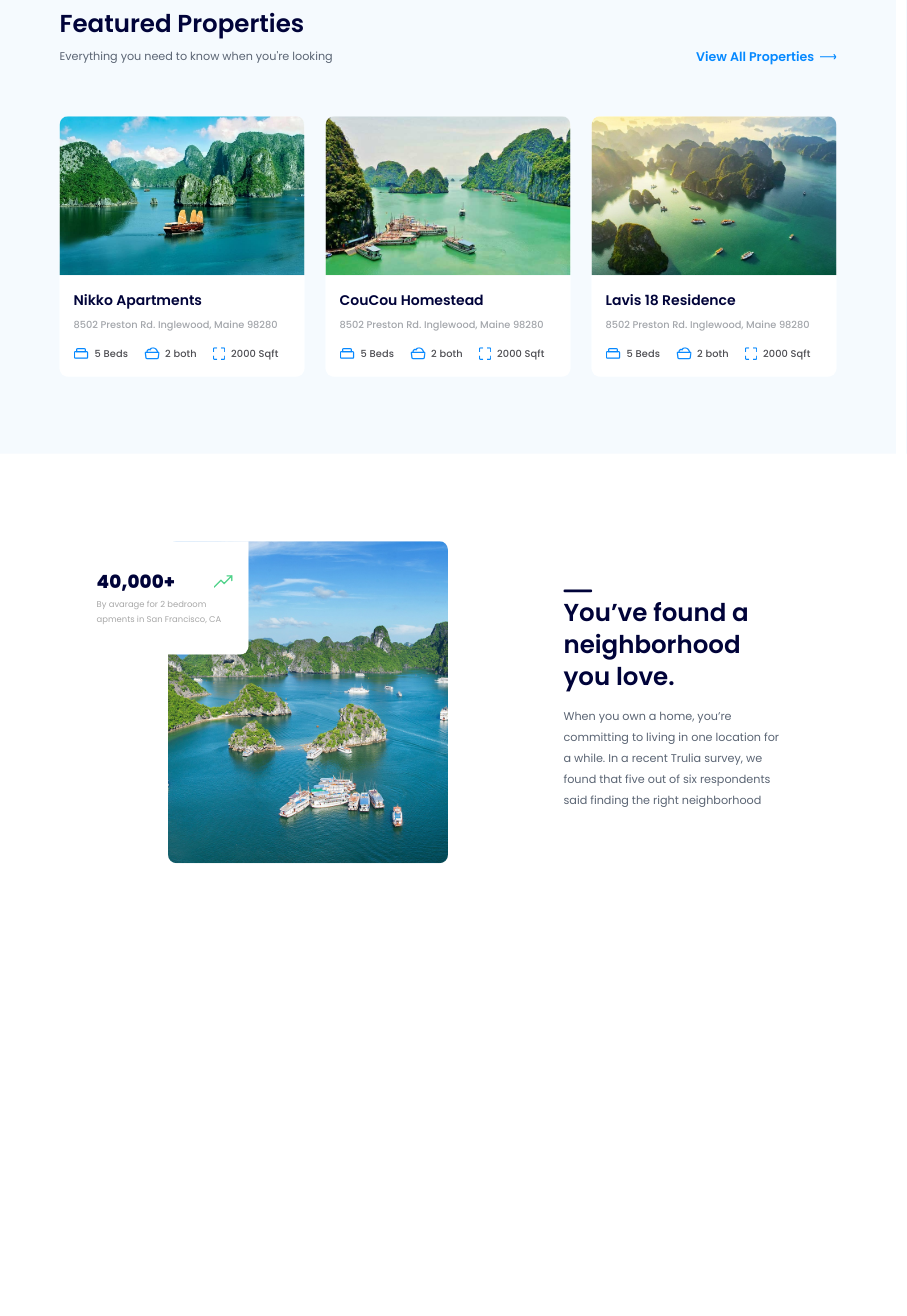
Repository: anhtien111198/f8-htmlcss-01
Page: index.html
These files come from the project's save history. The page is drawn as it stood at one moment and after the next save; the edit follows.
The browser window is 1280 px wide. The page is 1295 px wide, so the pictures cover 1295 px, including what lies to the right of the window. The pictures show the part of the page from y = 1873 to 3753 px (the page is 10000 px tall), at 70% of full size.

Above is the page before, as saved 2023-04-30 15:36:45.

### index.html
<!DOCTYPE html>
<html lang="en">
    <head>
        <meta charset="UTF-8" />
        <meta http-equiv="X-UA-Compatible" content="IE=edge" />
        <meta name="viewport" content="width=device-width, initial-scale=1.0" />
        <title>F8 project 01</title>
        <link rel="stylesheet" href="./assets/css/reset.css" />
        <link rel="stylesheet" href="./assets/fonts/stylesheet.css" />
        <link rel="stylesheet" href="./assets/css/styles.css" />
    </head>
    <body>
        <main style="height: 10000px">
            <!-- Header -->
            <header class="header">
                <div class="content">
                    <nav class="navbar">
                        <!-- logo -->
                        <img src="./assets/img/logo.svg" alt="Besnik." />
                        <!-- Navigation -->
                        <ul>
                            <li>
                                <a href="#!">Home</a>
                            </li>
                            <li>
                                <a href="#!">Features</a>
                            </li>
                            <li>
                                <a href="#!">Services</a>
                            </li>
                            <li>
                                <a href="#!">Resources</a>
                            </li>
                            <li>
                                <a href="#!">Contact</a>
                            </li>
                        </ul>
                        <!-- Action -->
                        <div class="action">
                            <a href="#!" class="action-link">Sign in</a>
                            <a href="#!" class="btn action-btn">Sing up</a>
                        </div>
                    </nav>

                    <div class="hero">
                        <div class="info">
                            <p class="sub-title">Welcome to Besnik Agency</p>
                            <h1 class="title">
                                Discover a place you'll love to live.
                            </h1>
                            <p class="desc">
                                get the best real estate deals first, before
                                they hit the mass market! HOT FORECLOSURE DEALS
                                with one simple search.
                            </p>
                            <a href="#!" class="btn hero-cta">More About Us</a>
                        </div>

                        <img
                            src="./assets/img/house illustration.svg"
                            alt="Discover a place you'll love to live."
                            class="hero-img"
                        />
                    </div>
                </div>
            </header>

            <!-- clients -->
            <div class="clients">
                <div class="content">
                    <div class="row">
                        <img src="./assets/img/logo.svg" alt="Besnik." />
                        <!-- start -->
                        <div class="start">
                            <img src="./assets/img/start.svg" alt="start" />
                            <img src="./assets/img/start.svg" alt="start" />
                            <img src="./assets/img/start.svg" alt="start" />
                            <img src="./assets/img/start.svg" alt="start" />
                            <img src="./assets/img/start.svg" alt="start" />
                        </div>
                    </div>
                    <div class="row row-desc">
                        <p class="desc">
                            More than 45,000+ companies trust besnik
                        </p>
                        <p class="desc">5 Star Ratings (2k+ Review)</p>
                    </div>
                    <div class="images">
                        <img src="./assets/img/client-1.svg" alt="client 1" />
                        <img src="./assets/img/client-2.svg" alt="client 2" />
                        <img src="./assets/img/client-3.svg" alt="client 3" />
                        <img src="./assets/img/client-4.svg" alt="client 4" />
                        <img src="./assets/img/client-5.svg" alt="client 5" />
                    </div>
                </div>
            </div>

            <!-- Guides -->
            <div class="guides">
                <div class="content">
                    <h2 class="sub-title">How its works?</h2>
                    <p class="desc">
                        Everything you need to know when you're looking to buy,
                        rent, or sell - all in one place.
                    </p>
                    <!-- list guide -->
                    <ul class="list-guide">
                        <li class="guide-item">
                            <img
                                src="./assets/img/buyer.svg"
                                alt="buyer"
                                class="icon"
                            />
                            <h3 class="title">Buyer Guides</h3>
                            <a href="#!" class="link">
                                <span>How to buy</span>
                                <img
                                    src="./assets/img/arow-right.svg"
                                    alt="arrow-right"
                                    class="arrow"
                                />
                            </a>
                        </li>
                        <li class="guide-item">
                            <img
                                src="./assets/img/renter.svg"
                                alt="renter"
                                class="icon"
                            />
                            <h3 class="title">Renter Guides</h3>
                            <a href="#!" class="link">
                                <span>How to rent</span>
                                <img
                                    src="./assets/img/arow-right.svg"
                                    alt="arrow-right"
                                    class="arrow"
                                />
                            </a>
                        </li>
                        <li class="guide-item">
                            <img
                                src="./assets/img/seller.svg"
                                alt="seller"
                                class="icon"
                            />
                            <h3 class="title">Seller Guides</h3>
                            <a href="#!" class="link">
                                <span>How to sell</span>
                                <img
                                    src="./assets/img/arow-right.svg"
                                    alt="arrow-right"
                                    class="arrow"
                                />
                            </a>
                        </li>
                    </ul>
                    <div class="guide-cta">
                        <a href="#!" class="btn">Sell Full Guidelines</a>
                    </div>
                </div>
            </div>

            <!-- Featured -->
            <div class="featured">
                <div class="content">
                    <header>
                        <h2 class="sub-title">Featured Properties</h2>
                        <div class="row">
                            <p class="desc">
                                Everything you need to know when you're looking
                            </p>
                            <a href="#!" class="link">
                                <span>View All Properties</span>
                                <img
                                    src="./assets/img/arow-right.svg"
                                    alt="arrow-right"
                                    class="arrow"
                                />
                            </a>
                        </div>
                    </header>
                    <div class="list">
                        <!-- Featured-item 1 -->
                        <div class="item">
                            <a href="#!">
                                <img
                                    src="./assets/img/featuured-1.jpg"
                                    alt="Nikko Apartments"
                                    class="thumb"
                                />
                            </a>
                            <div class="body">
                                <h3 class="title">
                                    <a href="#!">Nikko Apartments</a>
                                </h3>
                                <p class="desc">
                                    8502 Preston Rd. Inglewood, Maine 98280
                                </p>
                                <div class="info">
                                    <img
                                        src="./assets/img/bed.svg"
                                        alt=""
                                        class="icon"
                                    />
                                    <span class="label">5 Beds</span>

                                    <img
                                        src="./assets/img/both.svg"
                                        alt=""
                                        class="icon"
                                    />
                                    <span class="label">2 both</span>

                                    <img
                                        src="./assets/img/sqft.svg"
                                        alt=""
                                        class="icon"
                                    />
                                    <span class="label">2000 Sqft</span>
                                </div>
                            </div>
                        </div>

                        <!-- Featured-item 2 -->
                        <div class="item">
                            <a href="#!">
                                <img
                                    src="./assets/img/featured-2.jpg"
                                    alt="CouCou Homestead"
                                    class="thumb"
                                />
                            </a>
                            <div class="body">
                                <h3 class="title">
                                    <a href="#!">CouCou Homestead</a>
                                </h3>
                                <p class="desc">
                                    8502 Preston Rd. Inglewood, Maine 98280
                                </p>
                                <div class="info">
                                    <img
                                        src="./assets/img/bed.svg"
                                        alt=""
                                        class="icon"
                                    />
                                    <span class="label">5 Beds</span>

                                    <img
                                        src="./assets/img/both.svg"
                                        alt=""
                                        class="icon"
                                    />
                                    <span class="label">2 both</span>

                                    <img
                                        src="./assets/img/sqft.svg"
                                        alt=""
                                        class="icon"
                                    />
                                    <span class="label">2000 Sqft</span>
                                </div>
                            </div>
                        </div>

                        <!-- Featured-item 3 -->
                        <div class="item">
                            <a href="#!">
                                <img
                                    src="./assets/img/featured-3.jpg"
                                    alt="Lavis 18 Residence"
                                    class="thumb"
                                />
                            </a>
                            <div class="body">
                                <h3 class="title">
                                    <a href="#!" class="line-clamp"
                                        >Lavis 18 Residence</a
                                    >
                                </h3>
                                <p
                                    class="desc line-clamp"
                                    style="--line-clamp: 3"
                                >
                                    8502 Preston Rd. Inglewood, Maine 98280
                                </p>
                                <div class="info">
                                    <img
                                        src="./assets/img/bed.svg"
                                        alt=""
                                        class="icon"
                                    />
                                    <span class="label">5 Beds</span>

                                    <img
                                        src="./assets/img/both.svg"
                                        alt=""
                                        class="icon"
                                    />
                                    <span class="label">2 both</span>

                                    <img
                                        src="./assets/img/sqft.svg"
                                        alt=""
                                        class="icon"
                                    />
                                    <span class="label">2000 Sqft</span>
                                </div>
                            </div>
                        </div>
                    </div>
                </div>
            </div>

            <!-- stats -->
            <div class="stats">
                <div class="content">
                    <div class="row">
                        <div class="img-block">
                            <img
                                class="image"
                                src="./assets/img/stat-1.jpg"
                                alt="You’ve found a neighborhood you love."
                            />
                            <!-- trend -->
                            <div class="stats-trent">
                                <div class="row">
                                    <strong class="value">40,000+</strong>
                                    <img
                                        src="./assets/img/arrow-trent-up.svg"
                                        alt=""
                                        class="icon"
                                    />
                                </div>
                                <p class="desc">
                                    By avarage for 2 bedroom apments in San
                                    Francisco, CA
                                </p>
                                <div class="separate"></div>
                            </div>
                        </div>
                        <div class="info">
                            <h2 class="sub-title">
                                You’ve found a neighborhood you love.
                            </h2>
                            <p class="desc">
                                When you own a home, you’re committing to living
                                in one location for a while. In a recent Trulia
                                survey, we found that five out of six
                                respondents said finding the right neighborhood
                            </p>
                        </div>
                    </div>
                </div>
            </div>
        </main>
    </body>
</html>

### assets/css/styles.css
* {
    box-sizing: border-box;
}
:root {
    --primary-color: #0f1b4c;
}
html {
    font-size: 62.5%;
}
body {
    font-size: 1.6rem;
    font-family: "Poppins", sans-serif;
}
/* common */
a {
    text-decoration: none;
}
.content {
    width: 1110px;
    max-width: calc(100% - 48px);
    margin-left: auto;
    margin-right: auto;
}
.btn {
    display: inline-block;
    min-width: 98px;
    padding: 18px 16px;
    background: var(--primary-color);
    border-radius: 12px;
    font-weight: 500;
    font-size: 1.4rem;
    text-align: center;
    color: #ffffff;
}
.btn:hover {
    opacity: 0.9;
}
.line-clamp {
    display: -webkit-box;
    -webkit-line-clamp: var(--line-clamp, 2);
    -webkit-box-orient: vertical;
    overflow: hidden;
}
/* =============heder============== */
.header {
    position: relative;
    background: #e6f0ff;
    height: 100vh;
}
.navbar {
    display: flex;
    align-items: center;
    padding-top: 38px;
}
.navbar ul {
    display: flex;
    margin-left: 50px;
    /* justify-content: center; */
}
.navbar .action {
    display: flex;
    align-items: center;
    margin-left: auto;
}
.navbar ul a {
    font-weight: 500;
    font-size: 1.4rem;
    color: #4f5361;
    padding: 8px 14px;
}
.navbar ul a:hover {
    text-decoration: underline;
}
.navbar .action-link {
    font-weight: 500;
    font-size: 1.4rem;
    color: var(--primary-color);
}
.navbar .action-btn {
    padding: 13px 16px;
    margin-left: 18px;
    border-radius: 8px;
}
.hero {
    margin-top: 130px;
}
.hero .info {
    width: 51%;
}
.hero .sub-title {
    font-weight: 500;
    font-size: 1.8rem;
    line-height: 1.5;
    letter-spacing: 0.01em;
    color: #687690;
}
.hero .title {
    margin-top: 8px;
    font-weight: 700;
    font-size: 6.2rem;
    line-height: 1.19;
    color: #000336;
}
.hero .desc {
    margin-top: 30px;
    font-weight: 400;
    font-size: 1.8rem;
    line-height: 1.78;
    text-transform: capitalize;
    color: #5a6473;
}
.hero-cta {
    min-width: 170px;
    margin-top: 40px;
}
.hero-img {
    position: absolute;
    right: calc((100vw - 1110px) / 2 - 100px);
    bottom: 0;
}
/* =========Client============ */
.clients {
    margin-top: 79px;
    padding: 43px 0 71px;
}
.clients .row {
    display: flex;
    justify-content: space-between;
}
.clients .desc {
    font-weight: 500;
    font-size: 1.6rem;
    line-height: 1.25;
    color: #7d8589;
}
.clients .row-desc {
    margin-top: 23px;
}
.clients .images {
    display: flex;
    align-items: center;
    justify-content: space-between;
    margin-top: 96px;
}
/* ====== guides ======== */
.guides {
    margin-top: 40px;
    padding: 93px 0 79px;
}
.guides .sub-title {
    position: relative;
    font-weight: 600;
    font-size: 3.5rem;
    line-height: 1;
    text-align: center;
    color: #000339;
    /* padding-top: 10px; */
}
.guides .sub-title::before {
    content: "";
    top: -10px;
    left: 50%;
    transform: translateX(-50%);
    display: inline-block;
    position: absolute;
    width: 41px;
    height: 4px;
    background: #000339;
    border-radius: 12px;
}
.guides .desc {
    max-width: 459px;
    margin: 20px auto 0;
    font-weight: 400;
    font-size: 1.6rem;
    line-height: 1.88;
    text-align: center;
    color: #5a6473;
}
.list-guide {
    margin-top: 70px;
    display: flex;
    justify-content: center;
}
.guide-item {
    padding: 0 70px;
    text-align: center;
}
.guide-item .title {
    margin-top: 26px;
    font-weight: 500;
    font-size: 2rem;
    line-height: 1.1;
    color: #3b3c45;
}
.guide-item .link {
    display: inline-block;
    margin-top: 10px;
    font-weight: 600;
    font-size: 1.4rem;
    color: #0689ff;
}
.guide-item .arrow {
    margin-left: 6px;
}
.guide-cta {
    display: flex;
    justify-content: center;
    margin-top: 50px;
}
.guide-cta .btn {
    min-width: 170px;
}
/* ======== Featured=========== */
.featured {
    margin-top: 41px;
    padding: 110px 0;
    background: #f5fafe;
}
/* .featured .content {
    background: #f5fafe;
} */
.featured .sub-title {
    font-weight: 600;
    font-size: 3.5rem;
    line-height: 1;
    color: #000339;
}
.featured .row {
    display: flex;
    justify-content: space-between;
    margin-top: 15px;
}
.featured .desc {
    font-weight: 400;
    font-size: 1.6rem;
    line-height: 1.88;
    color: #5a6473;
}
.featured .link {
    display: flex;
    align-items: center;
    font-weight: 600;
    font-size: 1.8rem;
    color: #0689ff;
}
.featured .link .arrow {
    margin-left: 8px;
}

.featured .list {
    display: flex;
    gap: 30px;
    margin-top: 70px;
}
.featured .item {
    flex: 1;
    background: #fff;
    border-radius: 12px;
}
.featured .item .thumb {
    width: 100%;
    height: 227px;
    object-fit: cover;
    border-top-right-radius: 12px;
    border-top-left-radius: 12px;
}
.featured .item .body {
    padding: 17px 20px 24px;
}
.featured .item .title a {
    font-weight: 600;
    font-size: 2rem;
    line-height: 1.5;
    color: #000339;
}
.featured .item .desc {
    margin-top: 11px;
    font-weight: 500;
    font-size: 1.4rem;
    line-height: 1.5;
    color: #a3a6ab;
    /* --line-clamp: 3; */
    word-break: break-all;
}
.featured .item .info {
    display: flex;
    align-items: center;
    margin-top: 21px;
}
.featured .item .label {
    margin-left: 8px;
    font-weight: 500;
    font-size: 1.4rem;
    letter-spacing: 0.01em;
    color: #4d4d52;
}
.featured .item .icon:first-child {
    margin-left: 0;
}
.featured .item .icon {
    margin-left: 23px;
}

/* ==========stats=============== */
.stats {
    margin-top: 75px;
    padding: 50px 0;
}
.stats .content {
    max-width: 1048px;
}
.stats .row {
    display: flex;
}
.stats .img-block,
.stats .info {
    width: 50%;
}
.stats .img-block {
    position: relative;
}
.stats .info {
    padding: 79px 0 0 165px;
}
.stats-trent {
    position: absolute;
    padding: 45px 22px 40px;
    top: 0;
    left: 0;
    width: 239px;
    border-radius: 0px 0px 12px 12px;
    background: #ffffff;
}
.stats-trent .value {
    font-weight: 700;
    font-size: 2.6rem;
    letter-spacing: 0.01em;
    color: #000339;
}
.stats-trent .icon {
    margin-left: auto;
}
.stats-trent .desc {
    margin-top: 8px;
    font-weight: 400;
    font-size: 1.2rem;
    line-height: 1.8;
    color: #a7a7a7;
}
.stats .img-block .image {
    display: block;
    margin-left: auto;
    max-width: 400px;
    height: 460px;
    object-fit: cover;
    border-radius: 12px;
}
.stats .sub-title {
    position: relative;
    width: 269px;
    font-weight: 600;
    font-size: 3.5rem;
    line-height: 1.29;
    color: #000339;
}
.stats .sub-title::before {
    position: absolute;
    left: 0;
    top: -10px;
    content: "";
    display: block;
    width: 41px;
    height: 4px;
    background: #000339;
    border-radius: 12px;
}
.stats .info .desc {
    width: 309px;
    margin-top: 20px;
    font-weight: 400;
    font-size: 1.6rem;
    line-height: 1.88;
    color: #5a6473;
}

Loaded but not shown: assets/css/reset.css (common file); assets/fonts/stylesheet.css (161 lines, source omitted)

After the next save:
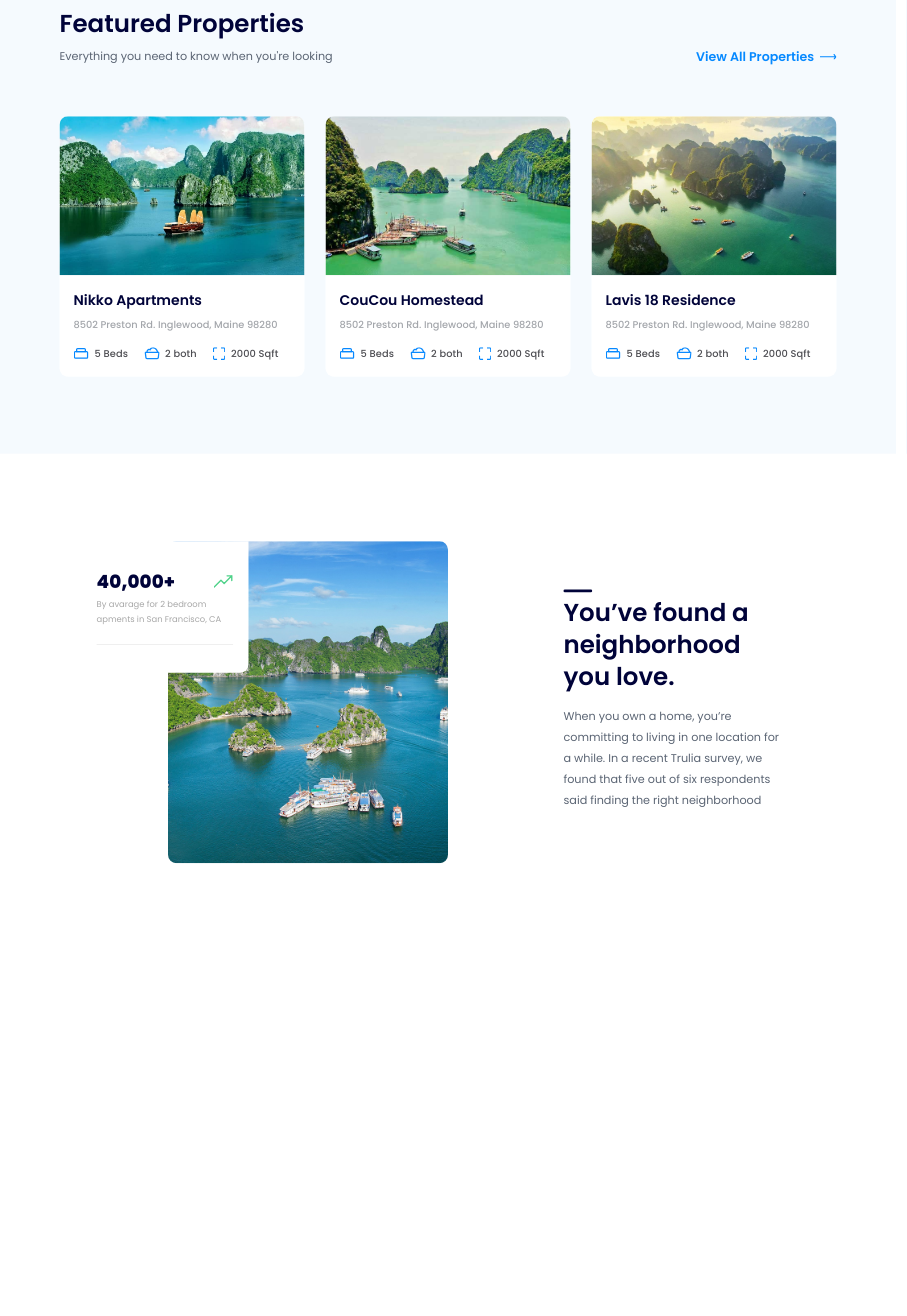
Saved 2 min 53 s later.
--- a/assets/css/styles.css
+++ b/assets/css/styles.css
@@ -348,6 +348,11 @@
     line-height: 1.8;
     color: #a7a7a7;
 }
+.stats-trent .separate {
+    height: 1px;
+    margin-top: 25px;
+    background: #e9e9e9;
+}
 .stats .img-block .image {
     display: block;
     margin-left: auto;
